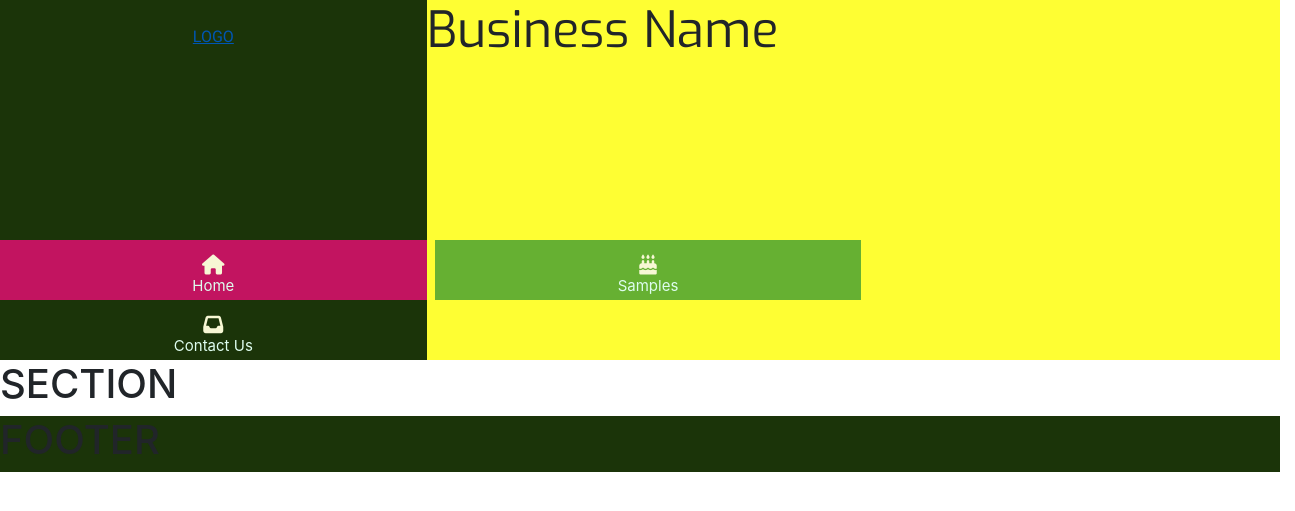
Repository: seanjcarley/Milestone1
Page: index.html
The author's editor kept a record of every edit. The page is drawn from the files as they stood at one moment, then again after the next edit.
The browser window is 1280 px wide. The page is 1295 px wide, so the pictures cover 1295 px, including what lies to the right of the window. The pictures show the whole page.
Some web libraries are served in a nearby version.

Above is the page before.

After the next edit:
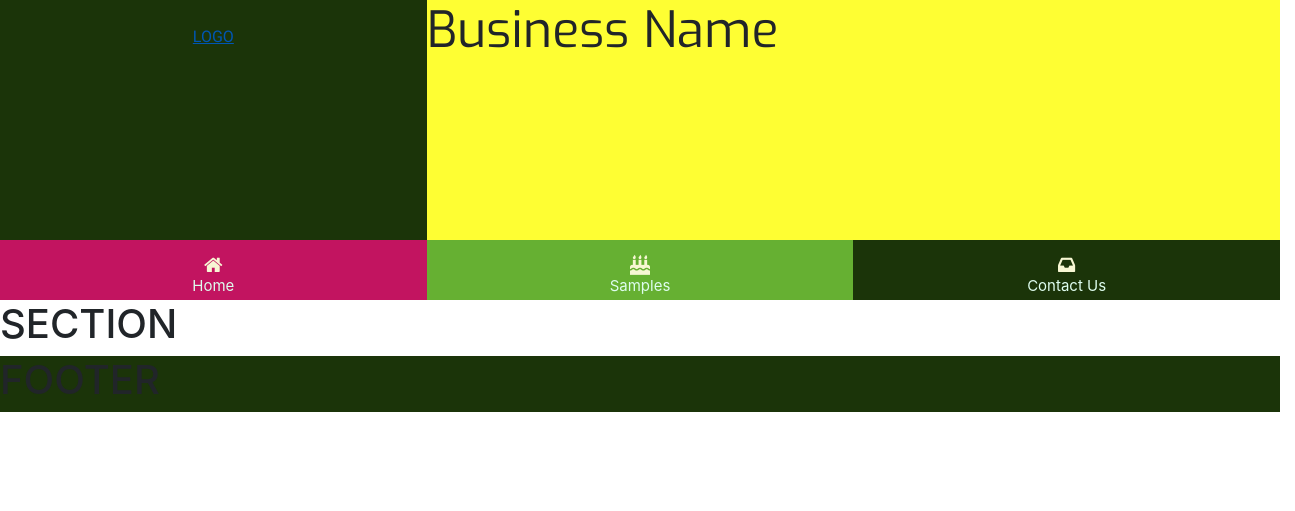
The edit:
--- a/index.html
+++ b/index.html
@@ -5,9 +5,10 @@
     <meta charset="UTF-8">
     <meta name="viewport" content="width=device-width, initial-scale=1.0">
     <meta http-equiv="X-UA-Compatible" content="ie=edge">
-    <link rel="stylesheet" href="css/style.css" type="text/css" />
-    <link href="https://stackpath.bootstrapcdn.com/bootstrap/4.3.1/css/bootstrap.min.css" rel="stylesheet" integrity="sha384-ggOyR0iXCbMQv3Xipma34MD+dH/1fQ784/j6cY/iJTQUOhcWr7x9JvoRxT2MZw1T" crossorigin="anonymous">
-    <script src="https://kit.fontawesome.com/d5901c0a36.js" crossorigin="anonymous"></script>
+    <link rel="stylesheet" href="https://stackpath.bootstrapcdn.com/bootstrap/4.3.1/css/bootstrap.min.css" type="text/css" />
+    <link rel="stylesheet" href="https://stackpath.bootstrapcdn.com/font-awesome/4.7.0/css/font-awesome.min.css" type="text/css">
+    <link rel="stylesheet" href="https://cdnjs.cloudflare.com/ajax/libs/hover.css/2.3.1/css/hover-min.css" type="text/css">
+    <link rel="stylesheet" href="css/style.css">
     <title>XXXXX Bakery and Novelty Cakes</title>
 </head>
 
